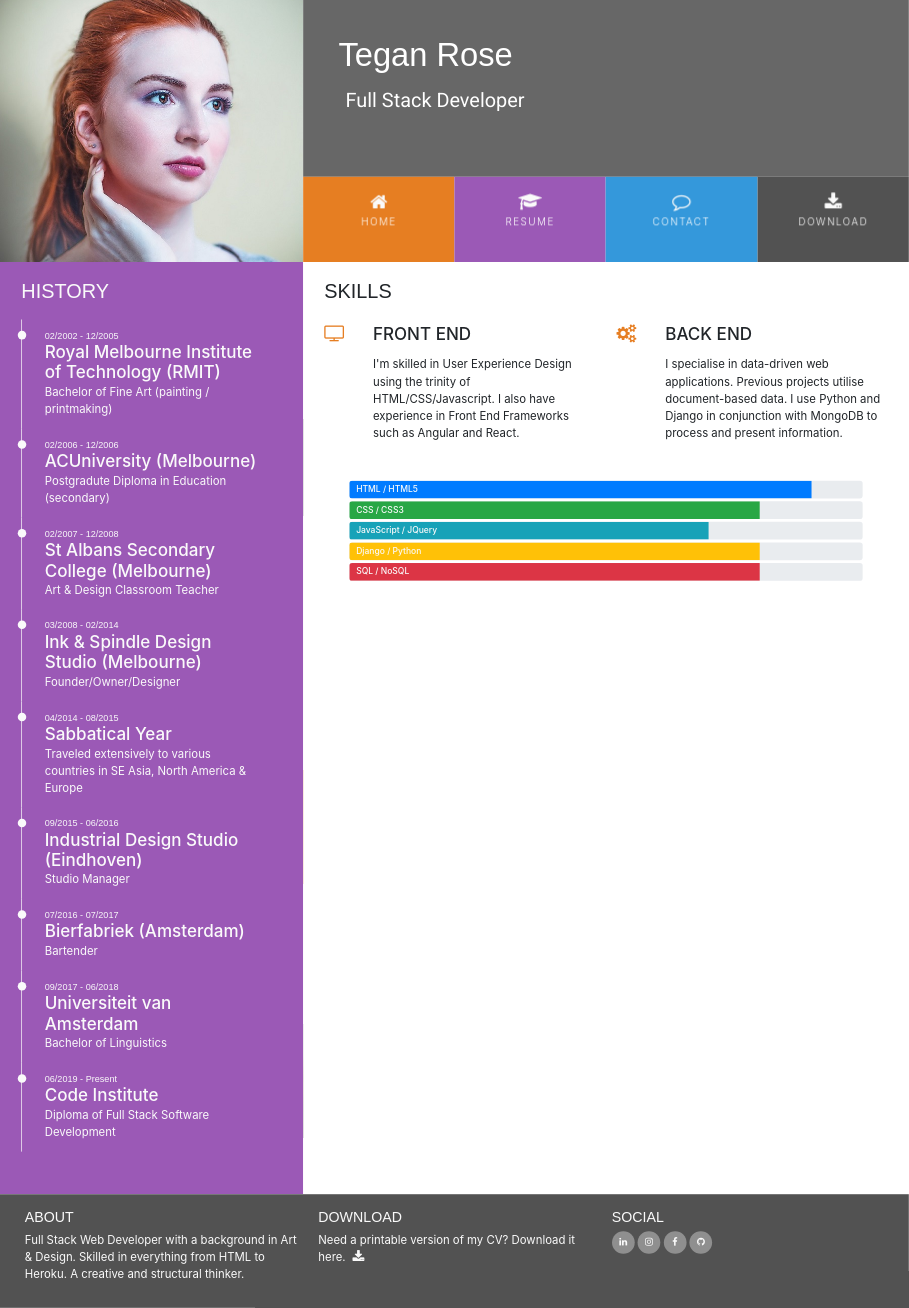
Repository: TSRose/Resume
Page: resume.html
The author's editor kept a record of every edit. The page is drawn from the files as they stood at one moment, then again after the next edit.
The browser window is 1280 px wide. The pictures show the whole page, at 71% of full size.

Above is the page before.

After the next edit:
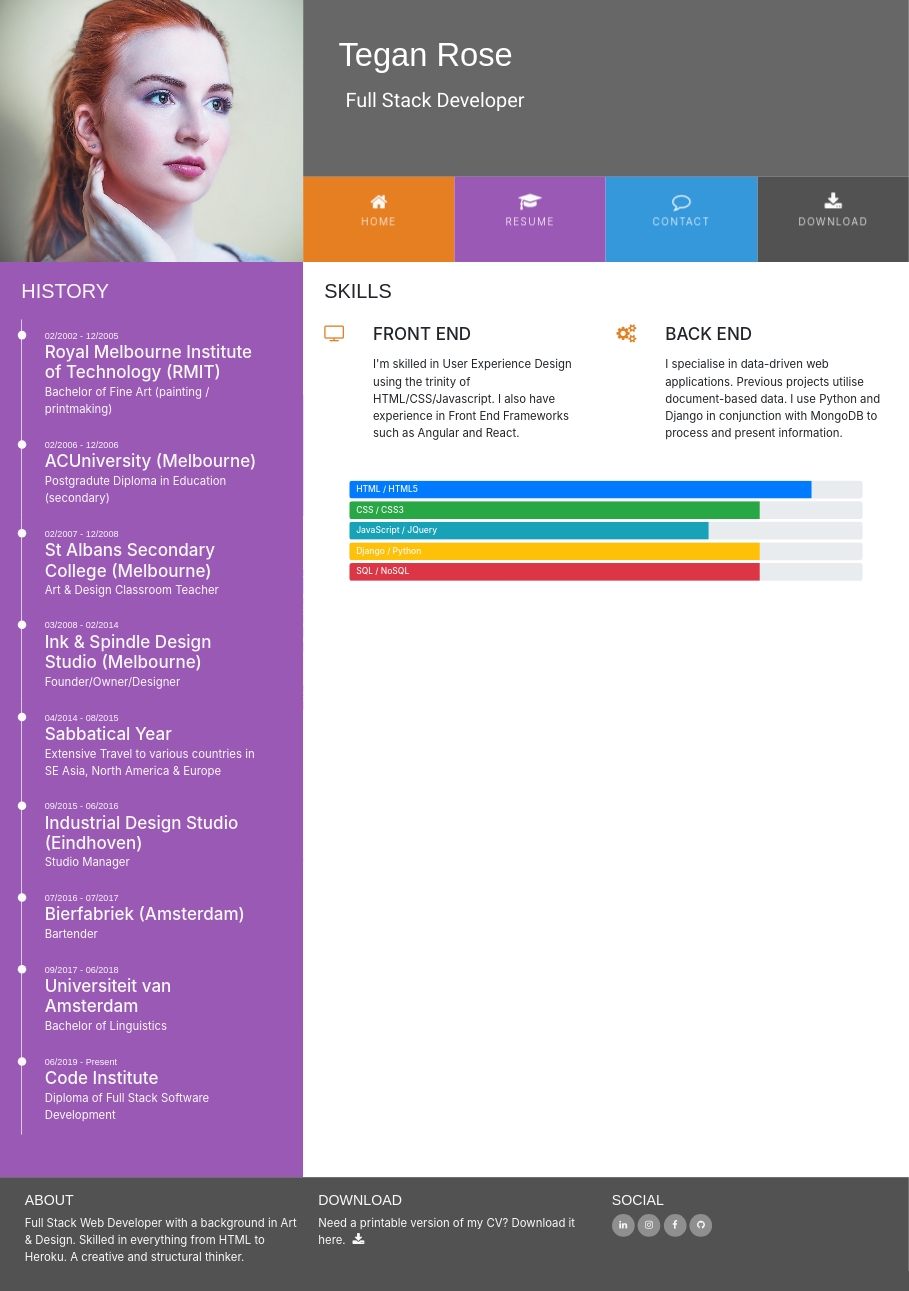
The edit:
--- a/resume.html
+++ b/resume.html
@@ -74,8 +74,8 @@
                         <p>Founder/Owner/Designer</p>
                     </div>
                     <div class="timeline-item" data-dates="04/2014 - 08/2015">
-                        <h4>Sabbatical Year</h4>
-                        <p>Traveled extensively to various countries in SE Asia, North America & Europe</p>
+                        <h4>Sabbatical Year </h4>
+                        <p>Extensive Travel to various countries in SE Asia, North America & Europe</p>
                     </div>
                     <div class="timeline-item" data-dates="09/2015 - 06/2016">
                         <h4>Industrial Design Studio (Eindhoven)</h4>
